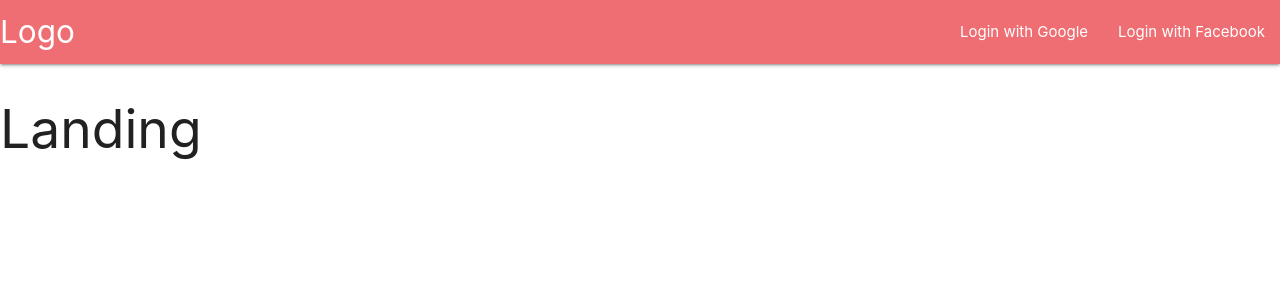
Repository: nickeone/emaily
Page: / (app in client/)
An editor plug-in stored every save of this project. The page is shown before and after the next save, followed by the edit.
The browser window is 1280 px wide. The pictures show the whole page.
The project was rebuilt for these pictures with package versions that can differ from the ones it lists, and the page was loaded fresh each time.

Above is the page before, as saved 2021-05-19 21:31:04.

After the next save:
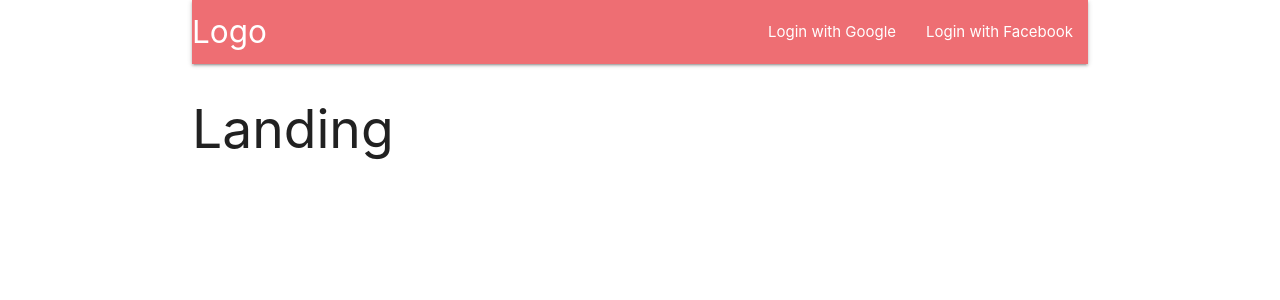
Saved 16 min 1 s later.
--- a/client/src/components/App.js
+++ b/client/src/components/App.js
@@ -9,7 +9,7 @@ const Landing = () => <h2>Landing</h2>
 
 const App = () => {
     return (
-        <div>
+        <div className="container">
             <BrowserRouter>
                 <div>
                     <Header />
